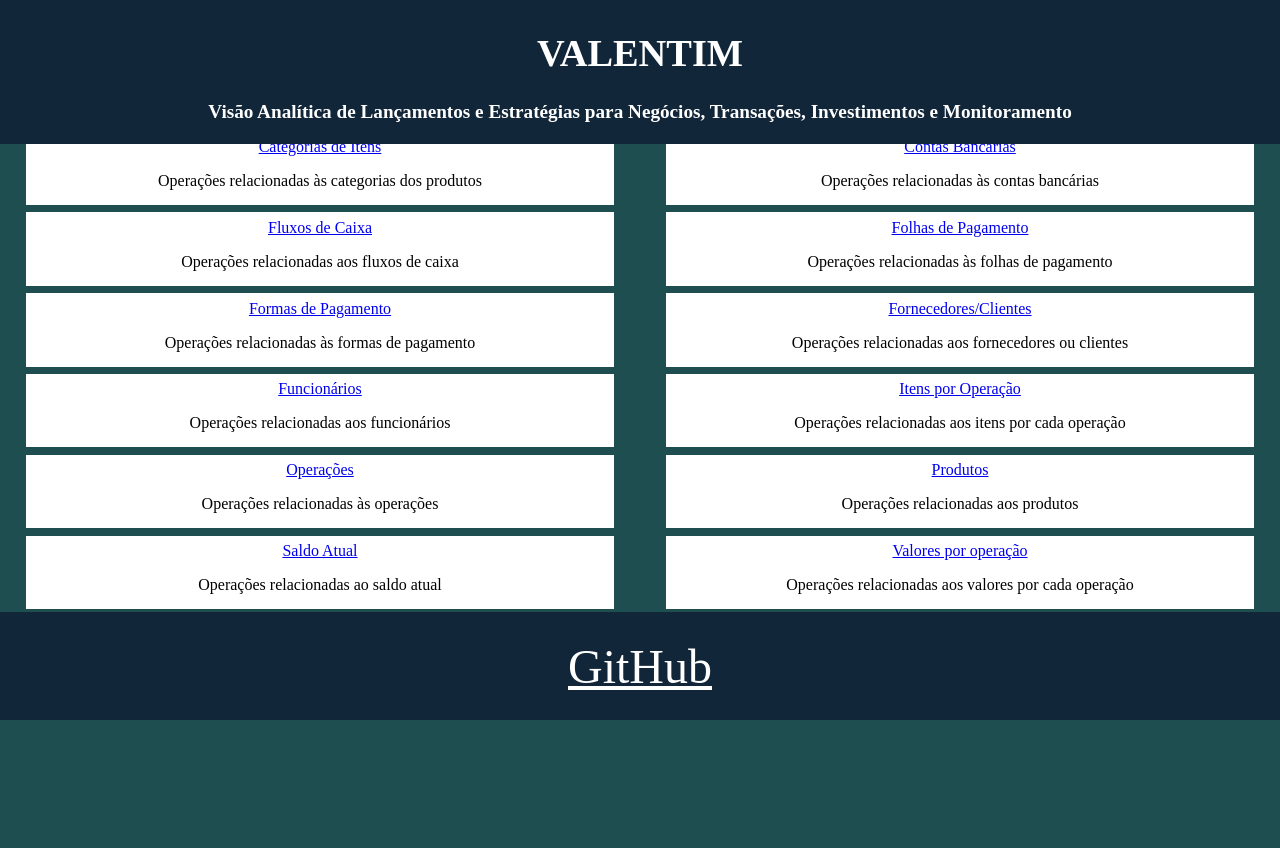
Repository: Matheus-Lacerda009/ERP-Financeiro
Page: Front/menu/menu.html
These files come from the project's save history. The page is drawn as it stood at one moment and after the next save; the edit follows.
The browser window is 1280 px wide. The pictures show the whole page.

Above is the page before, as saved 2026-07-13 19:07:18.

### Front/menu/menu.html
<!DOCTYPE html>
<html lang="en">
<head>
    <meta charset="UTF-8">
    <meta name="viewport" content="wclassth=device-wclassth, initial-scale=1.0">
    <link rel="stylesheet" href="menu.css">
    <title>Document</title>
</head>
<body>
    <header>
        <h1>VALENTIM</h1>
        <h2>Visão Analítica de Lançamentos e Estratégias para Negócios, Transações, Investimentos e Monitoramento</h2>
    </header>
    <main>
        <div id="espaço"></div>
        <div class="container">
            <div class="divEntidades">
                <a href="../categoria_item/categoria_item.html">Categorias de Itens</a>
                <p>Operações relacionadas às categorias dos produtos</p>
            </div>
            <div class="divEntidades">
                <a href="../conta_bancaria/conta_bancaria.html">Contas Bancárias</a>
                <p>Operações relacionadas às contas bancárias</p>
            </div>
            <div class="divEntidades">
                <a href="../fluxo_caixa/fluxo_caixa.html">Fluxos de Caixa</a>
                <p>Operações relacionadas aos fluxos de caixa</p>
            </div>
            <div class="divEntidades">
                <a href="../folha_pagamento/folha_pagamento.html">Folhas de Pagamento</a>
                <p>Operações relacionadas às folhas de pagamento</p>
            </div>
            <div class="divEntidades">
                <a href="../forma_pagamento/forma_pagamento.html">Formas de Pagamento</a>
                <p>Operações relacionadas às formas de pagamento</p>
            </div>
            <div class="divEntidades">
                <a href="../fornecedor_cliente/fornecedor_cliente.html">Fornecedores/Clientes</a>
                <p>Operações relacionadas aos fornecedores ou clientes</p>
            </div>
            <div class="divEntidades">
                <a href="../funcionario/funcionario.html">Funcionários</a>
                <p>Operações relacionadas aos funcionários</p>
            </div>
            <div class="divEntidades">
                <a href="../itens_operacao/itens_operacao.html">Itens por Operação</a>
                <p>Operações relacionadas aos itens por cada operação</p>
            </div>
            <div class="divEntidades">
                <a href="../operacao/operacao.html">Operações</a>
                <p>Operações relacionadas às operações</p>
            </div>
            <div class="divEntidades">
                <a href="../produtos/produtos.html">Produtos</a>
                <p>Operações relacionadas aos produtos</p>
            </div>
            <div class="divEntidades">
                <a href="../saldoAtual/saldoAtual.html">Saldo Atual</a>
                <p>Operações relacionadas ao saldo atual</p>
            </div>
            <div class="divEntidades">
                <a href="../valor_pVenda/valor_pVenda.html">Valores por operação</a>
                <p>Operações relacionadas aos valores por cada operação</p>
            </div>
            <div class="divEntidades">
                <a href="../valor_salario/valor_salario.html">Salários</a>
                <p>Operações relacionadas aos salários</p>
            </div>
            <div class="divEntidades">
                <a href="../notaFiscal/nota_fiscal.html">Notas Fiscais</a>
                <p>Operações relacionadas às notas fiscais</p>
            </div>
        </div>
    </main>
    <footer>
        <a href="https://github.com/Matheus-Lacerda009/ERP-Financeiro.git" id="github">GitHub</a>
    </footer>
</body>
</html>

### Front/menu/menu.css
body{
    overflow: hidden;
}
header{
    position: fixed;
    top: 0;
    left: 0;
    width: 100%;
    height: 20%;
    background-color: #12263A;
    z-index: 1;
    text-align: center;
    align-content: center;
}

footer{
    position: fixed;
    bottom: 0;
    left: 0;
    width: 100%;
    height: 15%;
    background-color: #12263A;
    text-align: center;
    align-content: center;
}

#github{
    color: white;
    font-size: 300%;
}

header, h1{
    font-size: 300%;
    color: white;
    font-size: 3vw;
}

header, h2{
    color: white;
    font-size: 1.5vw;
}

body{
    margin: 0;
    padding: 0;
    background-color: #1f4e50;
}

.container{
    height: 100vh;
    width: 100%;
    margin-top: 10%;
    box-sizing: border-box;
    display: grid;
    grid-template-columns: repeat(2, 7fr);
    align-content: start;
}

.divEntidades{
    height: 75%;
    width: 90%;
    background-color: white;
    text-align: center;
    padding: 1%;
    margin: auto;
}

After the next save:
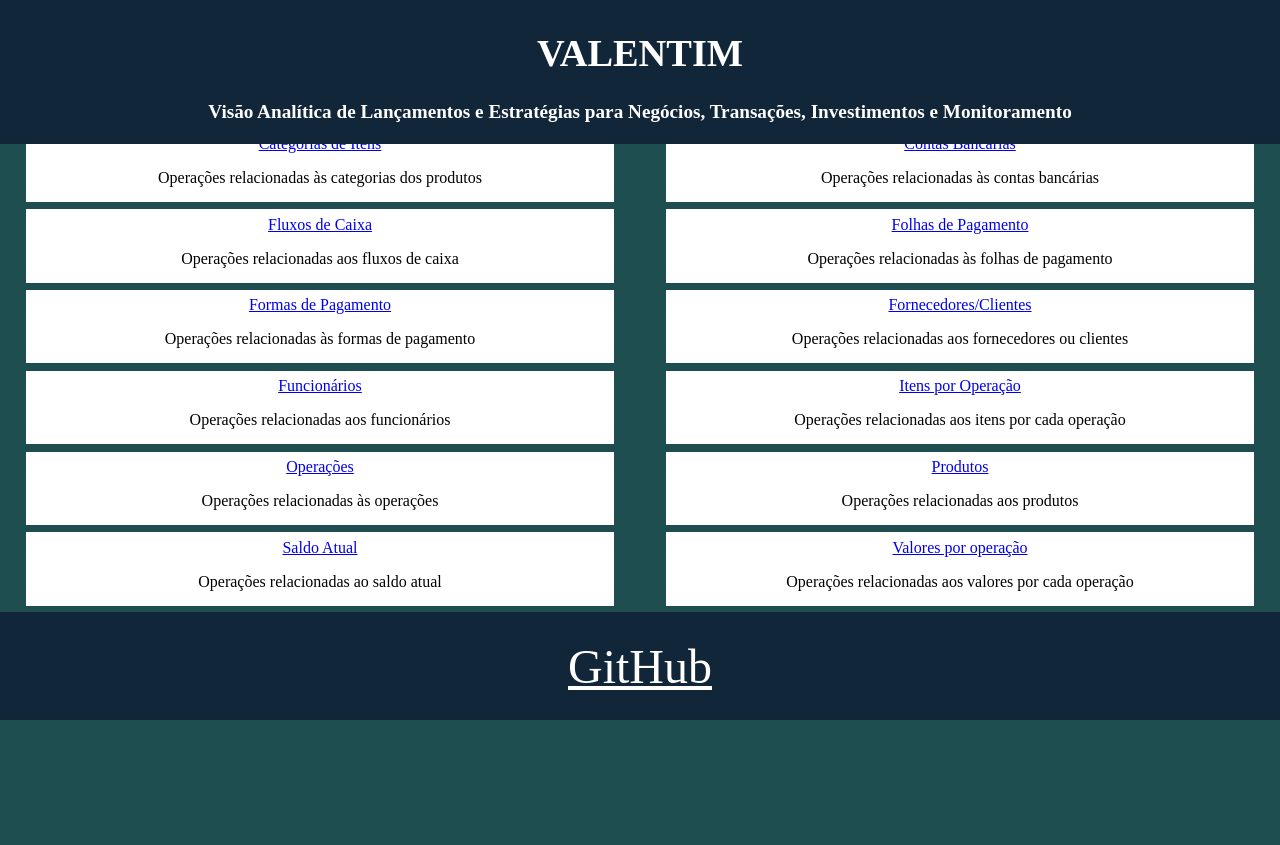
Saved 8 s later.
--- a/Front/menu/menu.css
+++ b/Front/menu/menu.css
@@ -49,7 +49,7 @@
 .container{
     height: 100vh;
     width: 100%;
-    margin-top: 10%;
+    margin-top: 9.75%;
     box-sizing: border-box;
     display: grid;
     grid-template-columns: repeat(2, 7fr);

After the 2 saves that followed:
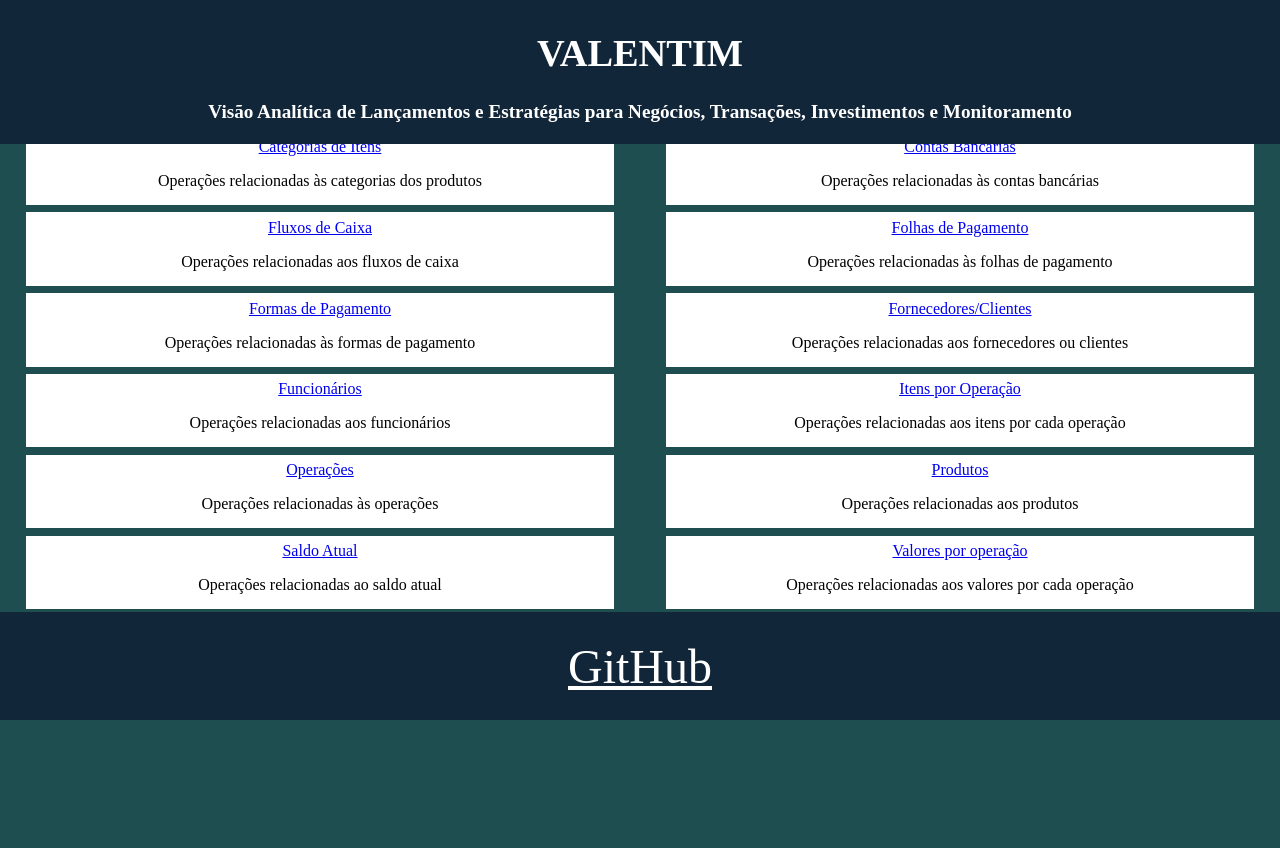
The 2 saves are shown as one change because they came seconds apart.
The last was saved 12 s later.
--- a/Front/menu/menu.css
+++ b/Front/menu/menu.css
@@ -49,7 +49,7 @@
 .container{
     height: 100vh;
     width: 100%;
-    margin-top: 9.75%;
+    margin-top: 10%;
     box-sizing: border-box;
     display: grid;
     grid-template-columns: repeat(2, 7fr);
